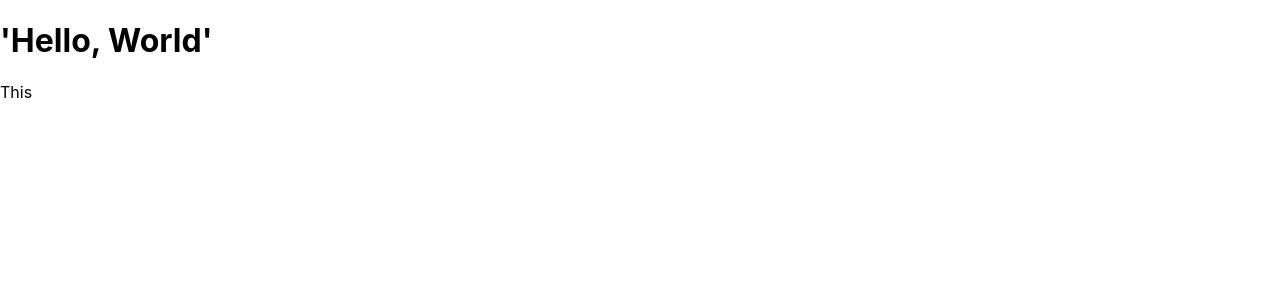
Repository: randysteele/demo
Page: /
These files come from the project's save history. The page is drawn as it stood at one moment and after the next save; the edit follows.
The browser window is 1280 px wide. The pictures show the whole page.
The project was rebuilt for these pictures with package versions that can differ from the ones it lists, and the page was loaded fresh each time.

Above is the page before, as saved 2021-03-08 10:15:23.

After the next save:
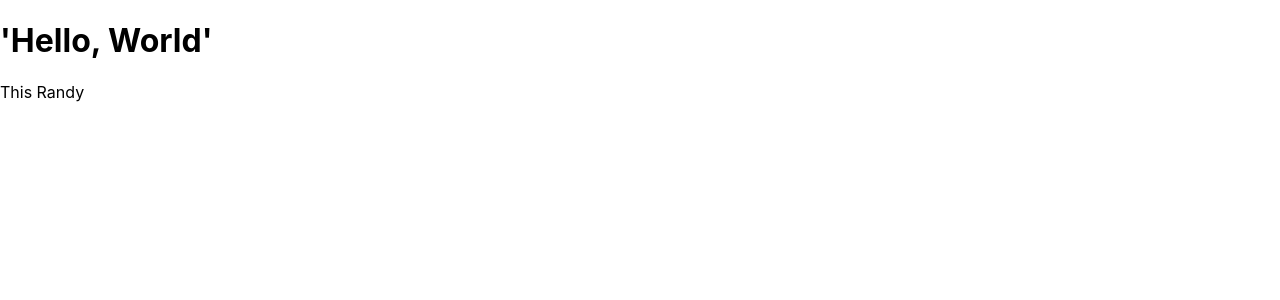
Saved 4 h 31 min later.
--- a/src/Application.js
+++ b/src/Application.js
@@ -3,10 +3,11 @@ import React, {Component} from 'react'
 class Application extends Component {
 
     render(){
+        let name = "Randy";
        return (
        <div>
        <h1> 'Hello, World'</h1>
-       <span>This</span>
+       <span>This {name}</span>
        </div>
        )}
 
